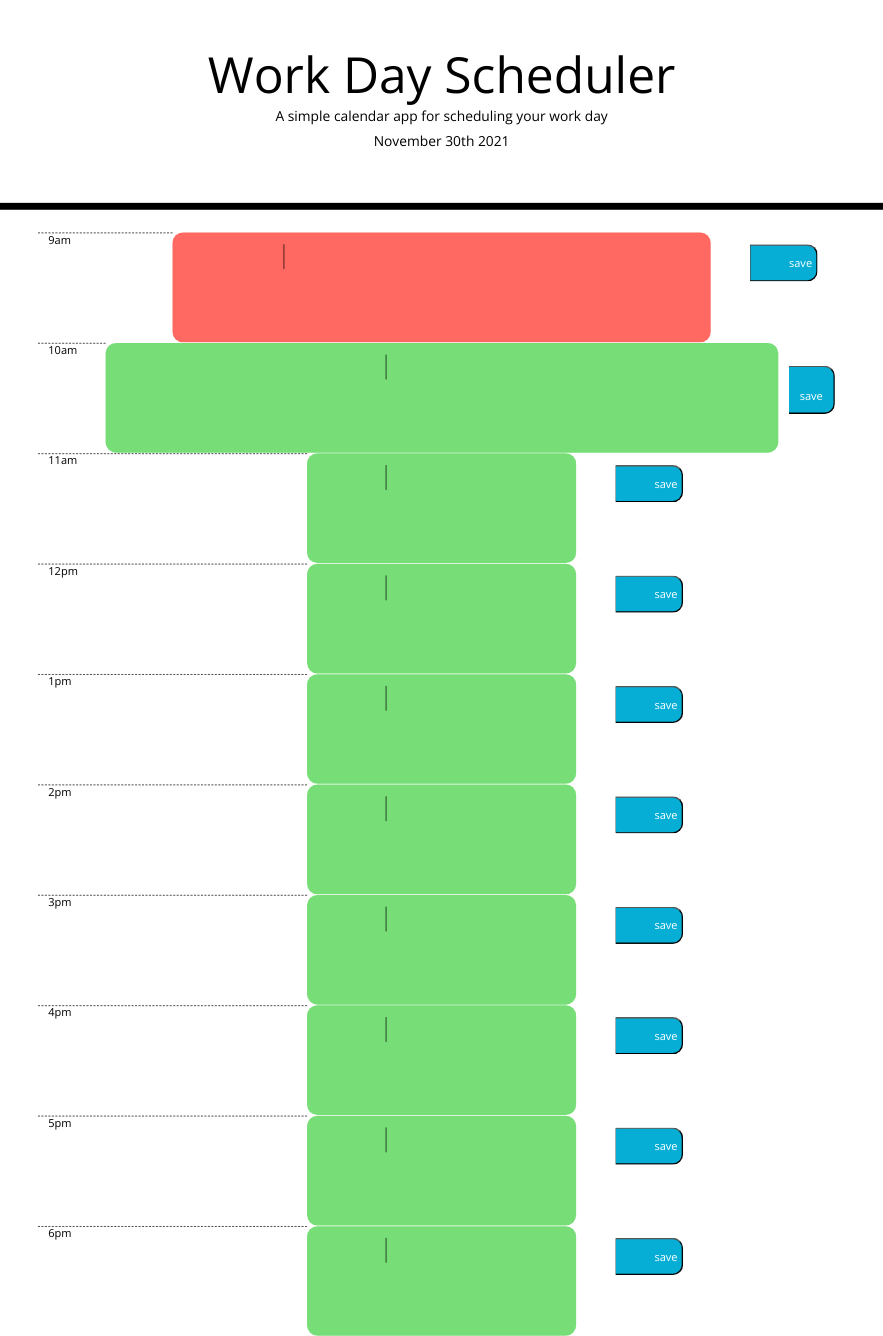
Repository: Naomilounsbury/work-day-scheduler
Page: index.html
These files come from the project's save history. The page is drawn as it stood at one moment and after the next save; the edit follows.
The browser window is 1280 px wide. The pictures show the whole page, at 69% of full size.
Some web libraries are served in a nearby version.

Above is the page before, as saved 2021-12-05 17:08:24.

After the next save:
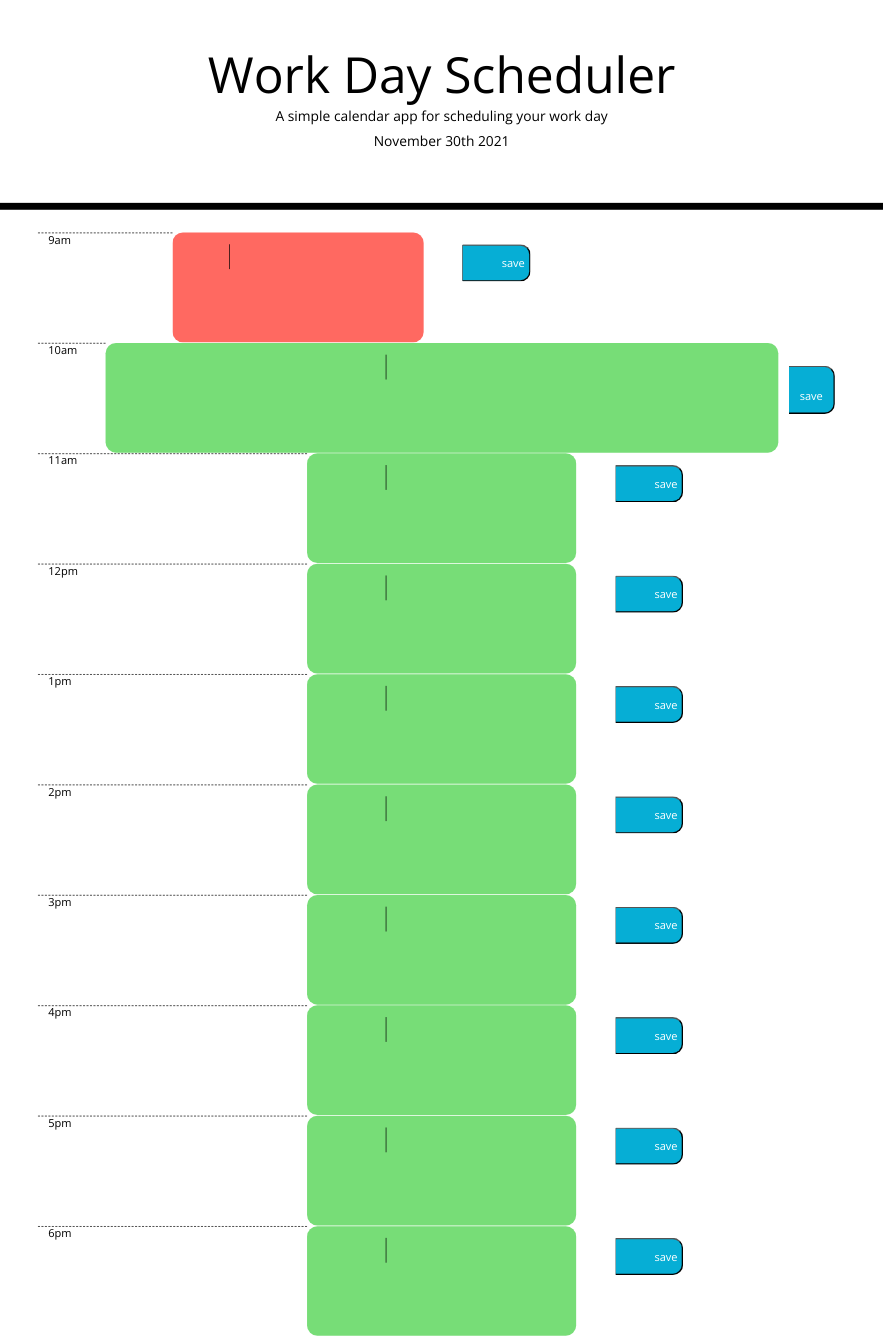
Saved 65 s later.
--- a/index.html
+++ b/index.html
@@ -24,7 +24,7 @@
     <table class="container">
       <tr class="row">
         <td class="hour col-2">9am</td>
-        <td class="time-block col-8" id="9">          <!-- all of my textareas are called btn which is ironic because they arent btns -->
+        <td class="time-block " id="9">          <!-- all of my textareas are called btn which is ironic because they arent btns -->
           <textarea id="btn9" class="col-8" rows="2" cols="30">
           </textarea>
         </td>

After the save that followed:
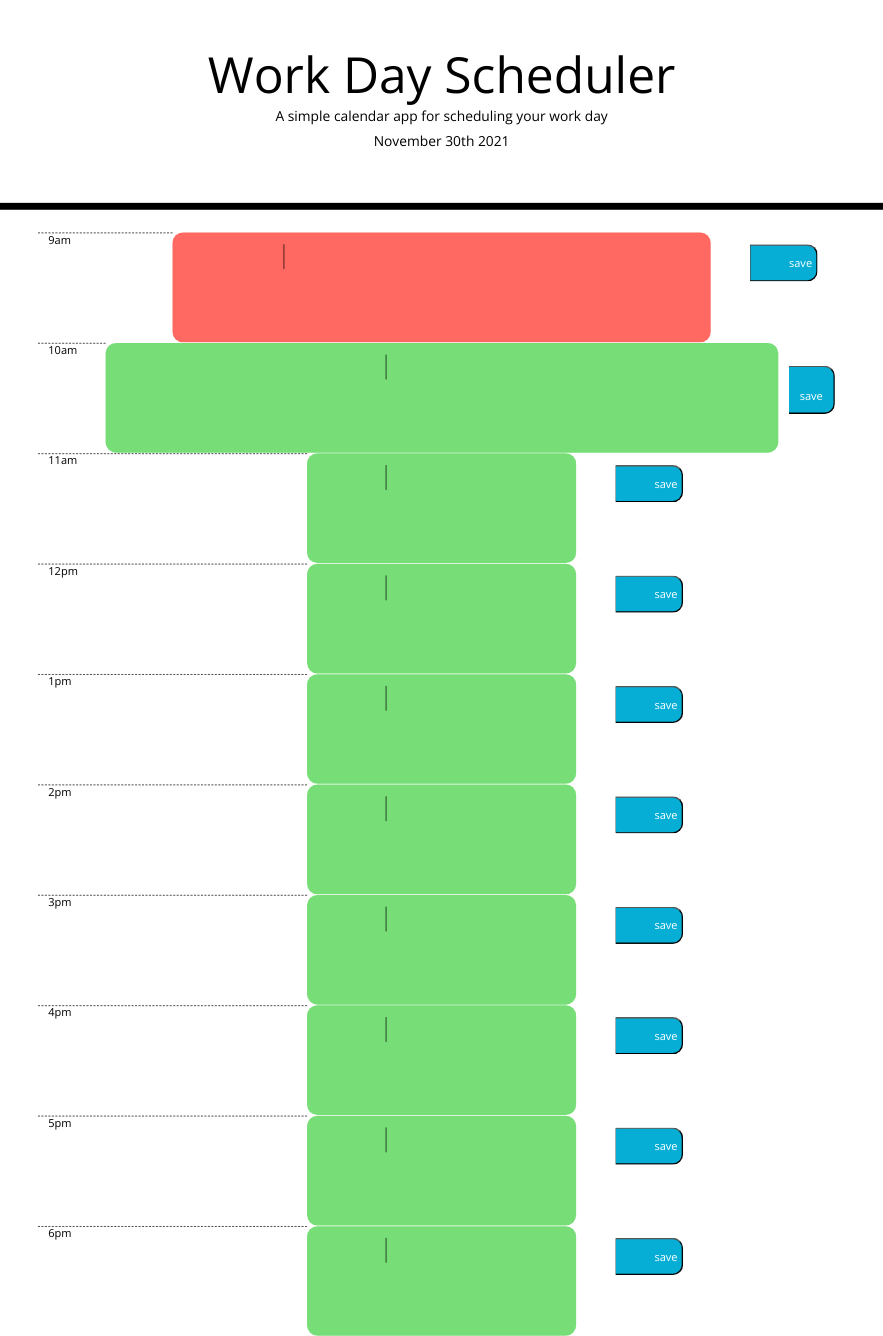
Saved 18 s later.
--- a/index.html
+++ b/index.html
@@ -24,7 +24,7 @@
     <table class="container">
       <tr class="row">
         <td class="hour col-2">9am</td>
-        <td class="time-block " id="9">          <!-- all of my textareas are called btn which is ironic because they arent btns -->
+        <td class="time-block col-8" id="9">          <!-- all of my textareas are called btn which is ironic because they arent btns -->
           <textarea id="btn9" class="col-8" rows="2" cols="30">
           </textarea>
         </td>
